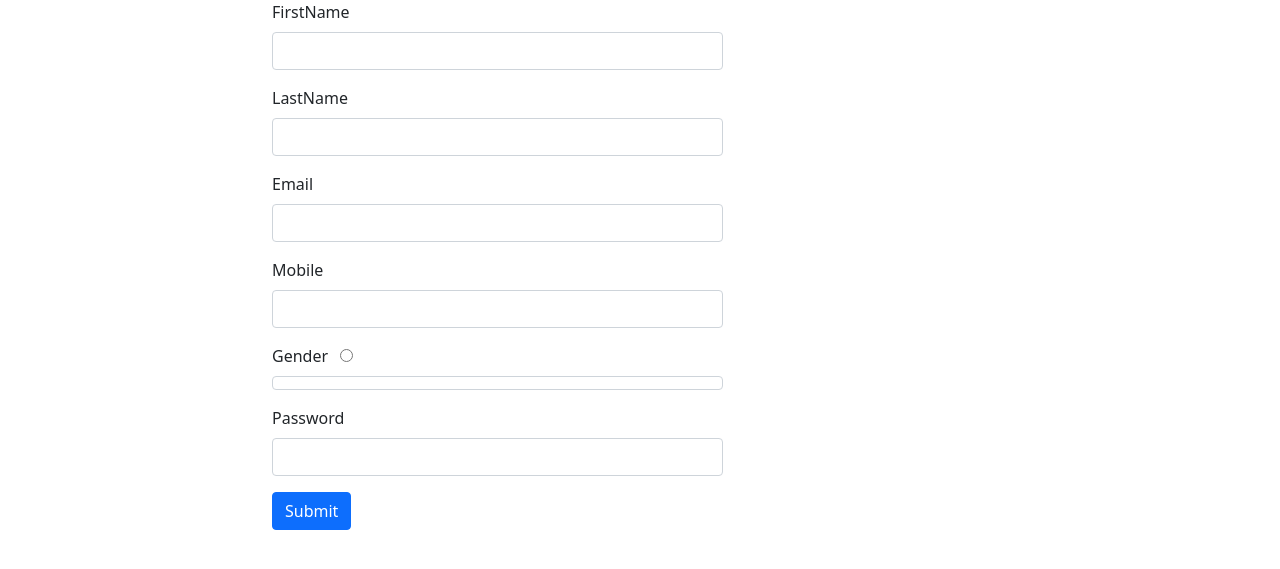
Repository: 2001Yogi/JavaWebAssignment
Page: http://localhost/StudentInformation/
The author's editor kept a copy of each file at every save. The page is drawn from the files as they stood at one save, then again after the next save.
The browser window is 1280 px wide. The pictures show the whole page.
The page is served by Tomcat 9. Other server files are loaded and not shown.

Above is the page before, as saved 2024-09-17 13:07:06.

### StudentInformation/src/main/webapp/index.jsp
<%@ page language="java" contentType="text/html; charset=ISO-8859-1"
	pageEncoding="ISO-8859-1"%>
<!DOCTYPE html>
<html>
<head>
<meta charset="ISO-8859-1">
<link
	href="https://cdn.jsdelivr.net/npm/bootstrap@5.0.2/dist/css/bootstrap.min.css"
	rel="stylesheet"
	integrity="sha384-EVSTQN3/azprG1Anm3QDgpJLIm9Nao0Yz1ztcQTwFspd3yD65VohhpuuCOmLASjC"
	crossorigin="anonymous">
<script
	src="https://cdn.jsdelivr.net/npm/bootstrap@5.0.2/dist/js/bootstrap.bundle.min.js"
	integrity="sha384-MrcW6ZMFYlzcLA8Nl+NtUVF0sA7MsXsP1UyJoMp4YLEuNSfAP+JcXn/tWtIaxVXM"
	crossorigin="anonymous"></script>
<script
	src="https://cdn.jsdelivr.net/npm/@popperjs/core@2.9.2/dist/umd/popper.min.js"
	integrity="sha384-IQsoLXl5PILFhosVNubq5LC7Qb9DXgDA9i+tQ8Zj3iwWAwPtgFTxbJ8NT4GN1R8p"
	crossorigin="anonymous"></script>
<script
	src="https://cdn.jsdelivr.net/npm/bootstrap@5.0.2/dist/js/bootstrap.min.js"
	integrity="sha384-cVKIPhGWiC2Al4u+LWgxfKTRIcfu0JTxR+EQDz/bgldoEyl4H0zUF0QKbrJ0EcQF"
	crossorigin="anonymous"></script>
<title>Student Form</title>
</head>
<body>
	<form>
		<div class="container">
			<div class="row">
				<div class="col-2"></div>
				<div class="col-5">
					<div class="mb-3">
						<label class="form-label">FirstName</label>
							<input type="text" class="form-control" name="fname">
					</div>
					<div class="mb-3">
						<label  class="form-label">LastName</label>
							<input type="text" class="form-control" name="lname">
					</div>
					<div class="mb-3">
						<label  class="form-label">Email</label>
							<input type="email" class="form-control" name="email">
					</div>
					<div class="mb-3">
						<label class="form-label">Mobile</label>
							<input type="number" class="form-control" name="mobile">
					</div>
					<div class="mb-3">
						<label class="me-2 form-label">Gender</label>
							<input type="radio"  name="gender">
							<input type="radio" class="form-control" name="gender">
					</div>
					<div class="mb-3">
						<label class="form-label">Password</label>
							<input type="password" class="form-control" name="pass">
					</div>

					<button type="submit" class="btn btn-primary" name="register">Submit</button>
				</div>
			</div>
		</div>
	</form>
</body>
</html>

After the next save:
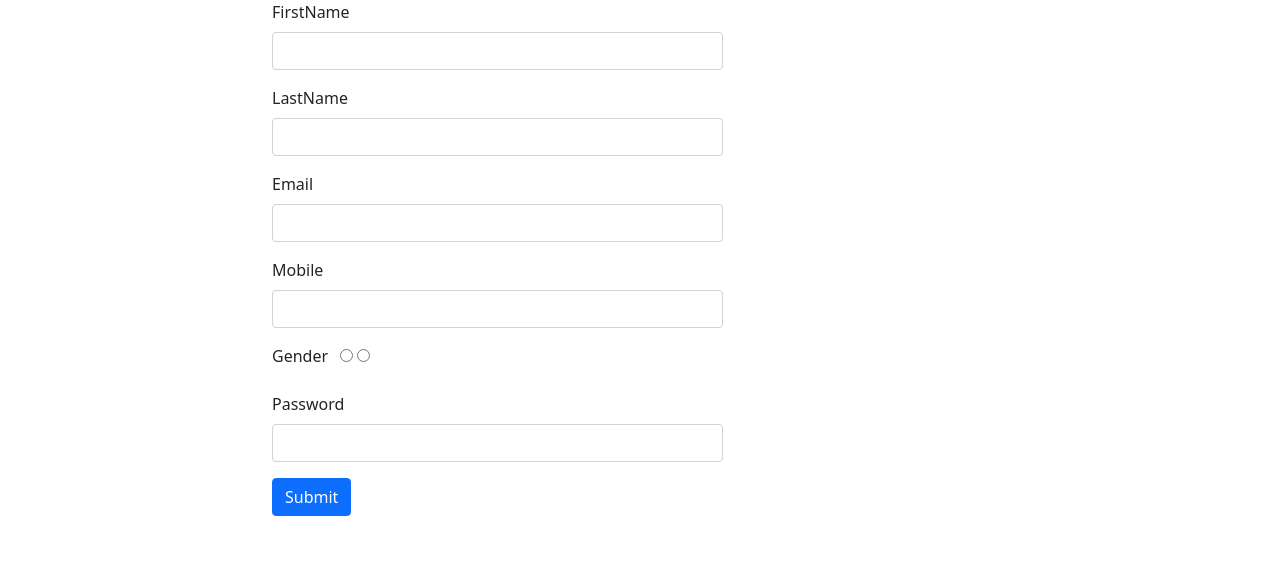
Saved 9 s later.
--- a/StudentInformation/src/main/webapp/index.jsp
+++ b/StudentInformation/src/main/webapp/index.jsp
@@ -48,7 +48,7 @@
 					<div class="mb-3">
 						<label class="me-2 form-label">Gender</label>
 							<input type="radio"  name="gender">
-							<input type="radio" class="form-control" name="gender">
+							<input type="radio"  name="gender">
 					</div>
 					<div class="mb-3">
 						<label class="form-label">Password</label>
